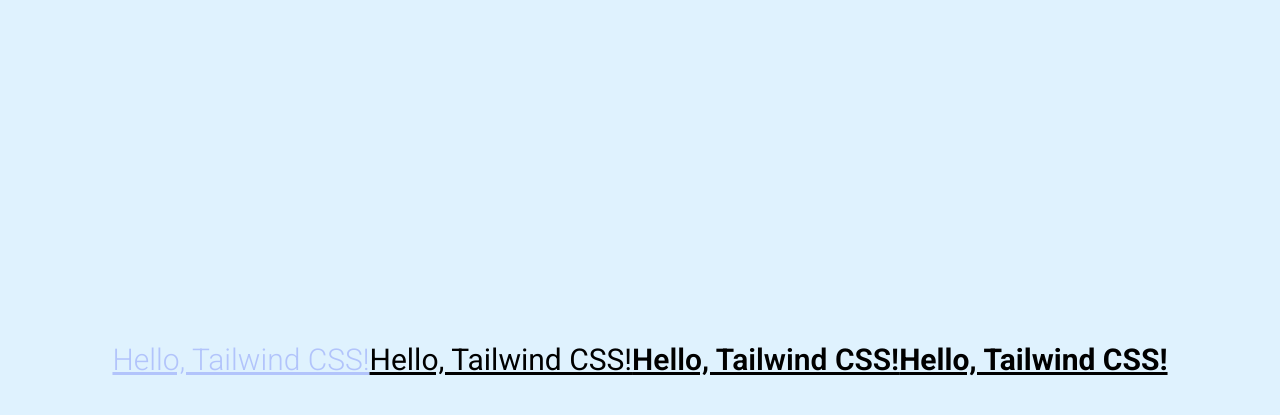
Repository: EclipticCode/Audit-Ease-FE
Page: /
The author's editor kept a copy of each file at every save. The page is drawn from the files as they stood at one save, then again after a run of saves.
The browser window is 1280 px wide. The pictures show the whole page.
The project was rebuilt for these pictures with package versions that can differ from the ones it lists, and the page was loaded fresh each time. Also part of the build but not shown: vite.config.js.

Above is the page before, as saved 2025-03-27 17:59:37.

### src/main.jsx
import React from "react";
import ReactDOM from "react-dom/client";
import App from "./App";
import "./index.css"; // Ensure Tailwind styles are imported

ReactDOM.createRoot(document.getElementById("root")).render(
  <React.StrictMode>
    <App />
  </React.StrictMode>
);

### src/App.jsx
import React from 'react'

const App = () => {
  return (
    <div className="flex items-center justify-center h-screen bg-sky-100">
    <h1 className="text-3xl font-light underline font-roboto text-soft-blue">Hello, Tailwind CSS!</h1>
    <h1 className="text-3xl font-normal underline font-roboto">Hello, Tailwind CSS!</h1>
    <h1 className="text-3xl font-semibold underline font-roboto">Hello, Tailwind CSS!</h1>
    <h1 className="text-3xl font-bold underline font-roboto">Hello, Tailwind CSS!</h1>
  </div>
  )
}

export default App

### src/index.css
@import url('https://fonts.googleapis.com/css2?family=Roboto:ital,wght@0,100..900;1,100..900&display=swap');

@import "tailwindcss";

@theme {
  --font-roboto: "Roboto", sans-serif;
  --font-weight-light: 300;
  --font-weight-normal: 400;
  --font-weight-medium: 500;
  --font-weight-semibold: 600;
  --font-weight-bold: 700;
  --color-soft-blue: #B2C4FB;
  --color-light-blue: #053ADA;
  --color-dark-blue: #032691;
  --color-deep-blue: #021655;

}

Loaded but not shown: index.html (common file)

After the next 3 saves:
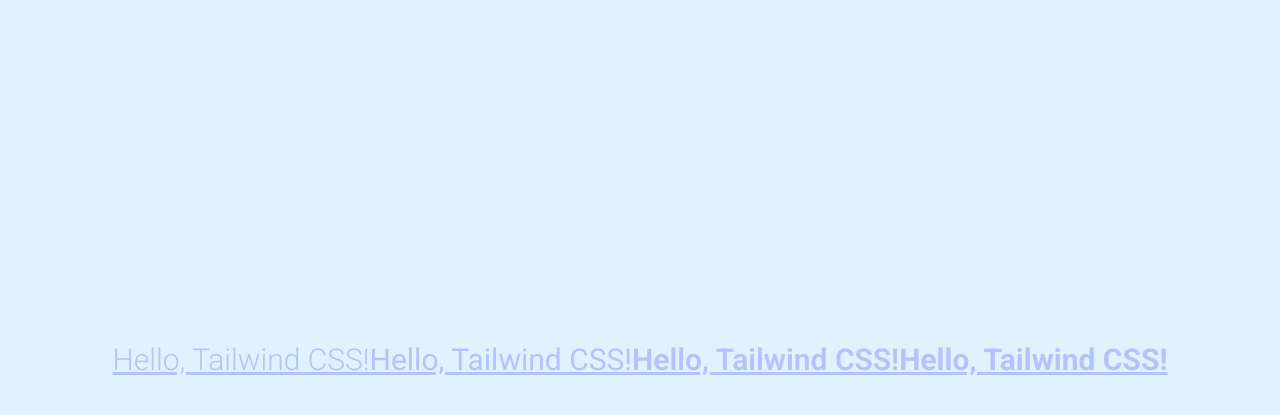
The 3 saves are shown as one change because they came seconds apart.
The last was saved 18 s later.
--- a/src/App.jsx
+++ b/src/App.jsx
@@ -4,9 +4,9 @@
   return (
     <div className="flex items-center justify-center h-screen bg-sky-100">
     <h1 className="text-3xl font-light underline font-roboto text-soft-blue">Hello, Tailwind CSS!</h1>
-    <h1 className="text-3xl font-normal underline font-roboto">Hello, Tailwind CSS!</h1>
-    <h1 className="text-3xl font-semibold underline font-roboto">Hello, Tailwind CSS!</h1>
-    <h1 className="text-3xl font-bold underline font-roboto">Hello, Tailwind CSS!</h1>
+    <h1 className="text-3xl font-normal underline font-roboto text-soft-blue">Hello, Tailwind CSS!</h1>
+    <h1 className="text-3xl font-semibold underline font-roboto text-soft-blue">Hello, Tailwind CSS!</h1>
+    <h1 className="text-3xl font-bold underline font-roboto text-soft-blue">Hello, Tailwind CSS!</h1>
   </div>
   )
 }
